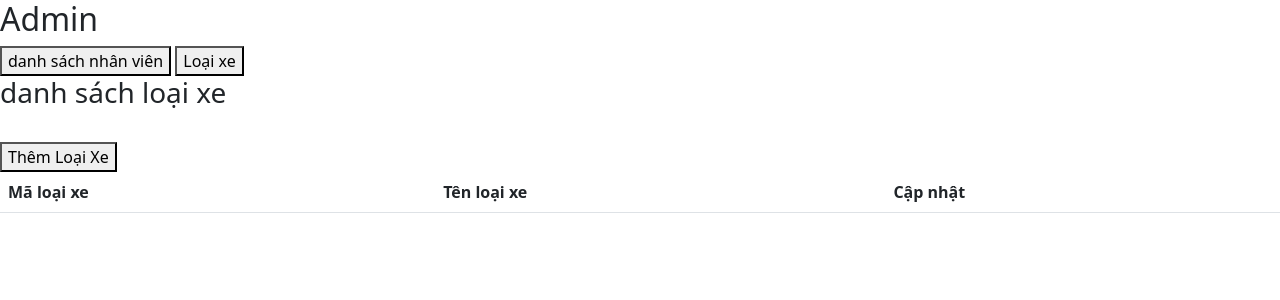
Repository: QuanghuyK1/CNPM
Page: http://localhost/CNPM/WEB-INF/views/LoaiXe/danhsach.jsp
An editor plug-in stored every save of this project. The page is shown before and after the next save, followed by the edit.
The browser window is 1280 px wide. The pictures show the whole page.
The page is served by Tomcat 9. Nobody is signed in. Other server files are loaded and not shown. The template is opened directly, without the code that normally fills it, so the values that code supplies are empty.

Above is the page before, as saved 2022-04-25 05:01:20.

### CNPM-main/WebXeKhach/CNPM/src/main/webapp/WEB-INF/views/LoaiXe/danhsach.jsp
<%@ page language="java" contentType="text/html; charset=utf-8"
	pageEncoding="utf-8"%>
<%@ taglib uri="http://java.sun.com/jsp/jstl/core" prefix="c"%>
<!DOCTYPE html>
<html>
<head>
<meta charset="utf-8">
<title>Insert title here</title>
<link
	href="https://cdn.jsdelivr.net/npm/bootstrap@5.1.3/dist/css/bootstrap.min.css"
	rel="stylesheet"
	integrity="sha384-1BmE4kWBq78iYhFldvKuhfTAU6auU8tT94WrHftjDbrCEXSU1oBoqyl2QvZ6jIW3"
	crossorigin="anonymous">
</head>
<body>
	<form>
		<h2>Admin</h2>
		<button type="submit" formaction="/CNPM/admin/danhsach.htm">danh sách nhân viên</button>
		<button type="submit" formaction="/CNPM/admin/loaixe.htm">Loại xe</button>
		<h3>danh sách loại xe</h3>
		<br>
		<button name="Insert">Thêm Loại Xe</button>
	</form>
		<table class="table">
			<thead>
				<tr>
					<th scope="col">Mã loại xe</th>
					<th scope="col">Tên loại xe</th>
					<th scope="col">Cập nhật</th>
				</tr>
			</thead>
			<tbody>
				<c:forEach items="${list}" var="i">
					<c:if test="${i.trangthai == true }">
						<tr>
							<th><a href="loaixe/${i.maLX}.htm">${i.maLX }</a></th>
							<th>${i.tenLX}</th>
							<th><form action="loaixe/${i.maLX}.htm">
									<button name="update">cập nhật</button>
								</form></th>
						</tr>
					</c:if>
				</c:forEach>
			</tbody>
		</table>
</body>
</html>

After the next save:
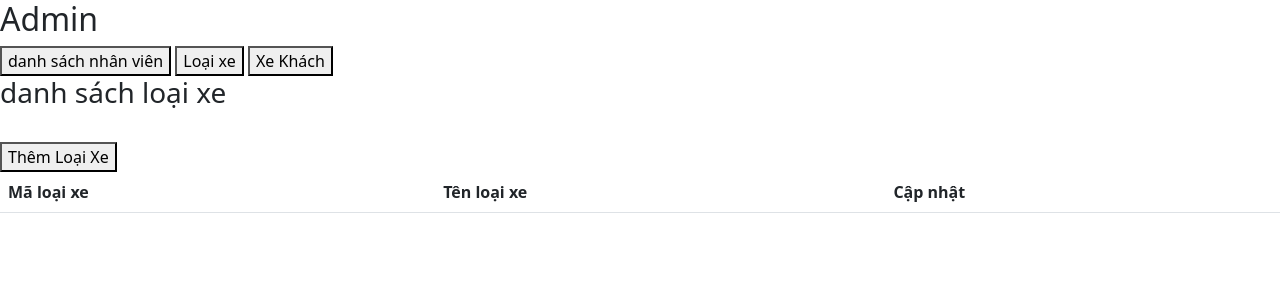
Saved 48 s later.
--- a/CNPM-main/WebXeKhach/CNPM/src/main/webapp/WEB-INF/views/LoaiXe/danhsach.jsp
+++ b/CNPM-main/WebXeKhach/CNPM/src/main/webapp/WEB-INF/views/LoaiXe/danhsach.jsp
@@ -17,6 +17,7 @@
 		<h2>Admin</h2>
 		<button type="submit" formaction="/CNPM/admin/danhsach.htm">danh sách nhân viên</button>
 		<button type="submit" formaction="/CNPM/admin/loaixe.htm">Loại xe</button>
+		<button type="submit" formaction="/CNPM/admin/back2.htm">Xe Khách</button>
 		<h3>danh sách loại xe</h3>
 		<br>
 		<button name="Insert">Thêm Loại Xe</button>
